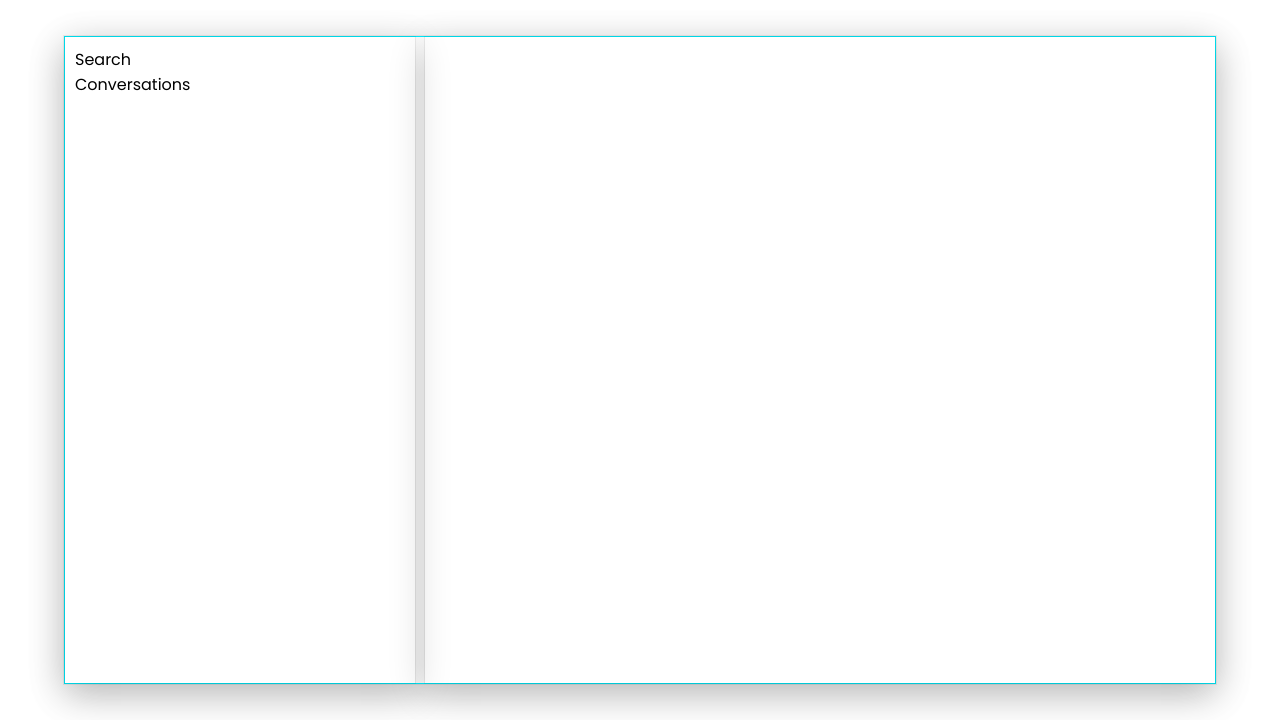
Repository: swastikjhacoder/mern-chat-frontend-only
Page: /
An editor plug-in stored every save of this project. The page is shown before and after a run of saves, followed by the edit.
The browser window is 1280 px wide. The pictures show the whole page.
The project was rebuilt for these pictures with package versions that can differ from the ones it lists, and the page was loaded fresh each time. Also part of the build but not shown: src/components/loginSignup/Login.jsx. Imported but missing from the stored project, and not drawn on this page: src/components/loginSignup/SignUp.

Above is the page before, as saved 2023-09-21 17:20:32.

### src/index.js
import React from "react";
import ReactDOM from "react-dom/client";
import "./index.css";
import App from "./App";
import { BrowserRouter } from "react-router-dom";
import { Provider } from "react-redux";
import { store } from "./redux/store";

const root = ReactDOM.createRoot(document.getElementById("root"));
root.render(
  <React.StrictMode>
    <Provider store={store}>
      <BrowserRouter>
        <App />
      </BrowserRouter>
    </Provider>
  </React.StrictMode>
);

### src/index.css
@import url('https://fonts.googleapis.com/css2?family=Poppins:ital,wght@0,100;0,200;0,300;0,400;0,500;0,600;0,700;0,800;0,900;1,400&display=swap');

:root {
  --border-color: #0ef;
  --box-shadow: rgba(0, 0, 0, 0.16) 0px 10px 36px 0px, rgba(0, 0, 0, 0.06) 0px 0px 0px 1px;
}

* {
  margin: 0;
  padding: 0;
  box-sizing: border-box;
  font-family: 'Poppins', sans-serif;
}

body {
  display: flex;
  flex-direction: column;
  justify-content: center;
  align-items: center;
}

.app-container {
  display: flex;
  width: 100vw;
  height: 100vh;
  flex-direction: column;
  justify-content: center;
  align-items: center;
}

.container {
  display: flex;
  flex-direction: row;
  gap: 10px;
  width: 90vw;
  height: 90vh;
  border: 1px solid var(--border-color);
  box-shadow: var(--box-shadow);
}

.left-sidebar-container {
  flex: 0.3;
  padding: 10px;
  box-shadow: var(--box-shadow);
}

.sb-header {
  display: flex;
  flex-direction: row;
  justify-content: space-between;
}

.sb-header >div {
  width: max-content;
}

.right-sidebar-container {
  flex: 0.7;
  padding: 10px;
  box-shadow: var(--box-shadow);
}

### src/App.js
// import { Button } from "@mui/material";
// import React from "react";
// import { useSelector, useDispatch } from "react-redux";
// import { toggleDarkMode, addUser, removeUser } from './redux/liveChatSlice';

// function App() {
//   const dispatch = useDispatch();
//   const mode = useSelector((state) => state.liveChat.mode);
//   const userInfo = useSelector((state) => state.liveChat.userInfo);
//   const background = useSelector( ( state ) => state.liveChat.background );
//   console.log(mode);
//   console.log(userInfo);
//   console.log(background);
//   return (
//     <>
//       <Button onClick={() => dispatch(toggleDarkMode())}>Click Me</Button>
//     </>
//   );
// }

// export default App;

import React from "react";
import { useSelector } from "react-redux";
import "./index.css";
import { Routes, Route } from "react-router-dom";
import MainContainer from "./components/MainContainer";
import Login from "./components/loginSignup/Login";
import SignUp from "./components/loginSignup/SignUp";
import ChatContainer from "./components/chat/ChatContainer";

const App = () => {
  const background = useSelector((state) => state.liveChat.background);
  console.log(background);
  return (
    <>
      <div style={{ backgroundColor: background }} className="app-container">
        <Routes>
          <Route path="/" element={<MainContainer />}>
            <Route path="login" element={<Login />} />
            <Route path="signup" element={<SignUp />} />
            <Route path="chat" element={<ChatContainer />} />
          </Route>
        </Routes>
      </div>
    </>
  );
};

export default App;

### src/redux/store.js
import { configureStore } from '@reduxjs/toolkit';
import liveChatReducer from './liveChatSlice';

export const store = configureStore({
  reducer: {
    liveChat: liveChatReducer,
  },
});

### src/components/MainContainer.jsx
import React from "react";
import { Outlet } from "react-router-dom";
import { useSelector } from "react-redux";
import Login from "./loginSignup/Login";
import ChatContainer from "./chat/ChatContainer";

const MainContainer = () => {
  const user = useSelector((state) => state.liveChat.userInfo);
  console.log(user);
  return (
    <>
      {/* <div className="container">
        { user ? <ChatContainer/> : <Login /> }

      </div> */}
      <ChatContainer />
      <Outlet />
    </>
  );
};

export default MainContainer;

### src/components/chat/ChatContainer.jsx
import React from 'react';
import SideBar from './SideBar';

const ChatContainer = () => {
  return (
    <div className="container">
      <div className="left-sidebar-container">
        <SideBar/>
      </div>
      <div className="right-sidebar-container"></div>
    </div>
  );
}

export default ChatContainer

### src/redux/liveChatSlice.js
import { createSlice } from "@reduxjs/toolkit";

const initialState = {
  mode: JSON.parse(localStorage.getItem("darkMode")) || false,
  userInfo: null,
  background: JSON.parse(localStorage.getItem("backgroundColor")) || "#fff",
};

export const liveChatSlice = createSlice({
  name: "liveChat",
  initialState,
  reducers: {
    toggleDarkMode: (state) => {
      state.mode = !state.mode;
      if (!state.mode) {
        state.background = "#fff";
      } else {
        state.background = "#081b29";
      }
      localStorage.setItem("darkMode", JSON.stringify(state.mode));
      localStorage.setItem("backgroundColor", JSON.stringify(state.background));
    },
    addUser: (state, action) => {
      state.userInfo = action.payload;
    },
    removeUser: (state) => {
      state.userInfo = null;
    },
  },
});

export const { toggleDarkMode, addUser, removeUser } =
  liveChatSlice.actions;
export default liveChatSlice.reducer;

### src/components/chat/SideBar.jsx
import React from 'react';
import AccountCircleOutlinedIcon from "@mui/icons-material/AccountCircleOutlined";

const SideBar = () => {
  return (
    <>
          <div className="sb-header">
              <div></div>
              <div></div>
      </div>
      <div className="sb-search">Search</div>
      <div className="sb-conversations">Conversations</div>
    </>
  );
}

export default SideBar

After the next 4 saves:
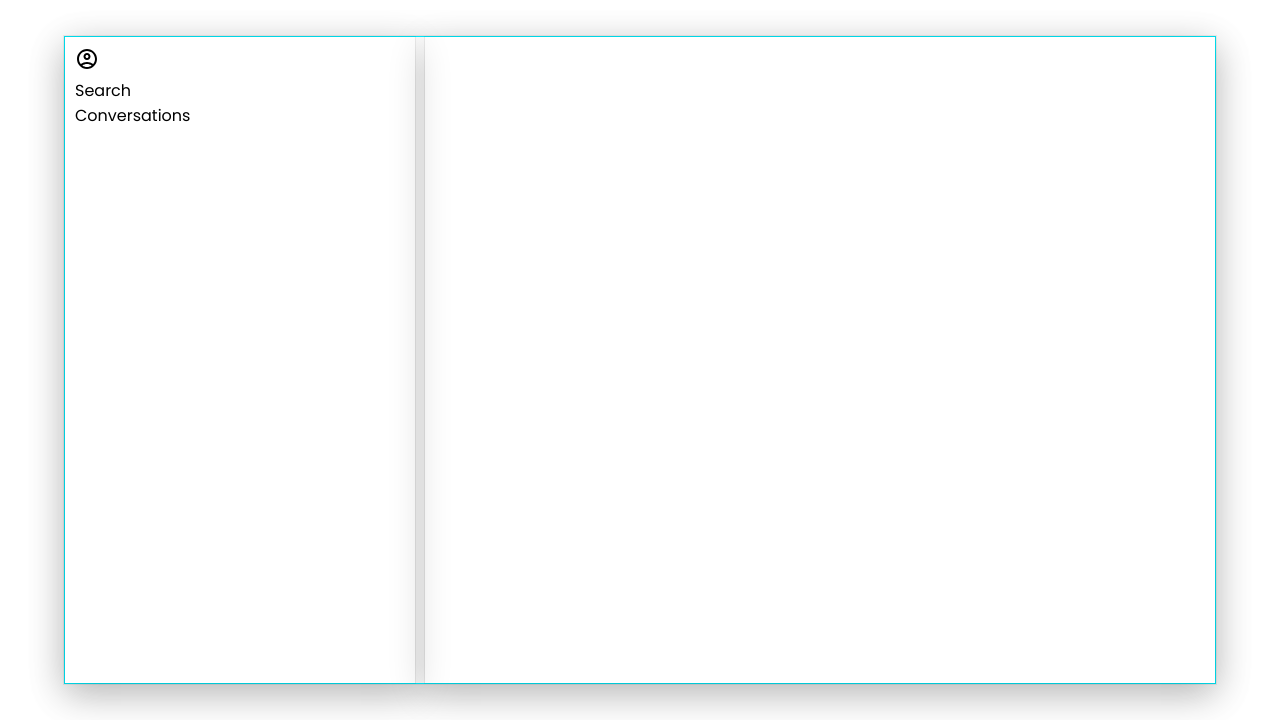
The 4 saves are shown as one change because they came seconds apart.
The last was saved 12 s later.
--- a/src/components/chat/SideBar.jsx
+++ b/src/components/chat/SideBar.jsx
@@ -5,7 +5,9 @@ const SideBar = () => {
   return (
     <>
           <div className="sb-header">
-              <div></div>
+              <div>
+                  <AccountCircleOutlinedIcon/>
+              </div>
               <div></div>
       </div>
       <div className="sb-search">Search</div>
